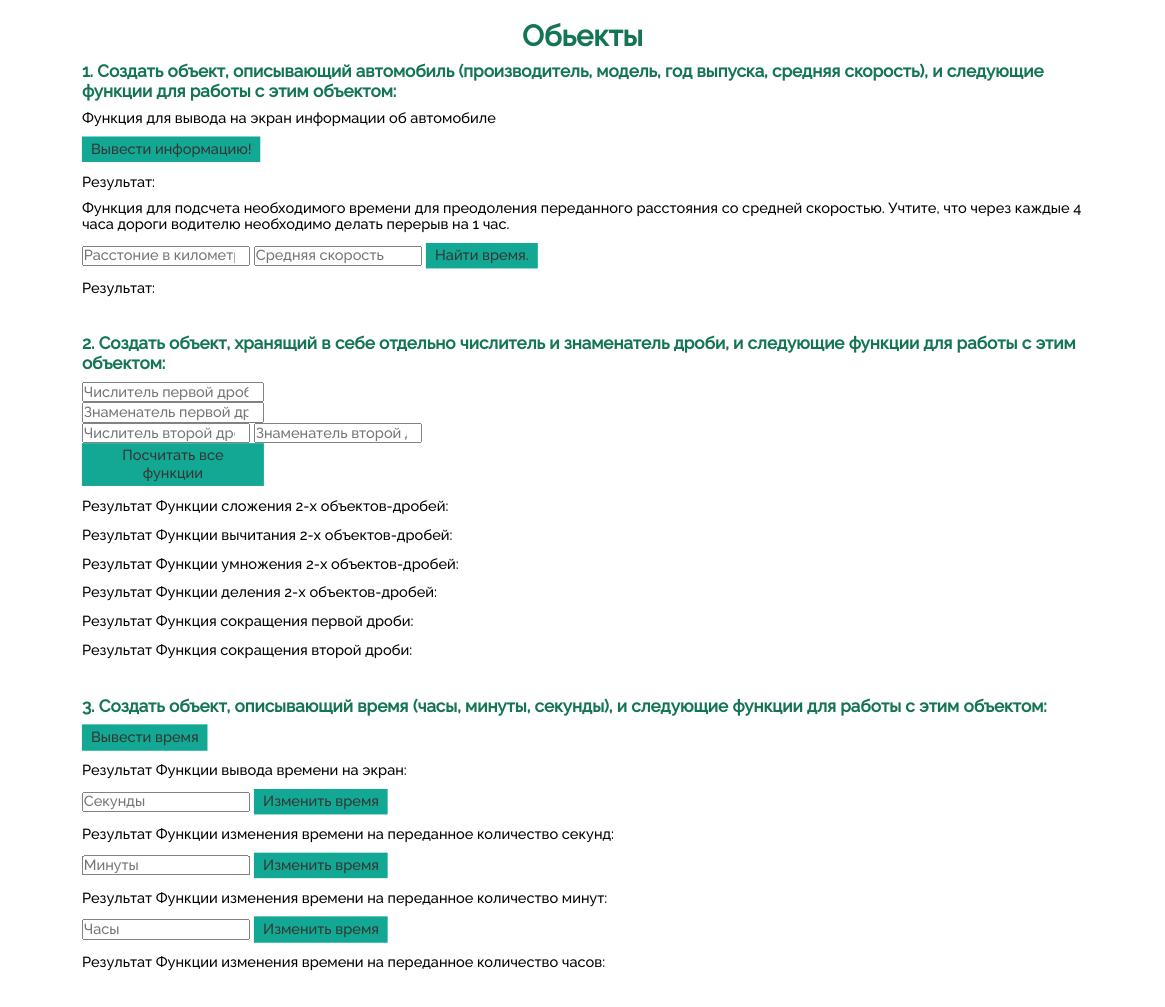
Repository: NastyaGavrilova/Beetroot-js
Page: HW4/index.html
An editor plug-in stored every save of this project. The page is shown before and after the next save, followed by the edit.
The browser window is 1280 px wide. The pictures show the whole page, at 91% of full size.

Above is the page before, as saved 2021-10-23 17:37:12.

### HW4/index.html
<!DOCTYPE html>
<html lang="en">
  <head>
    <meta charset="UTF-8" />
    <meta http-equiv="X-UA-Compatible" content="IE=edge" />
    <meta name="viewport" content="width=device-width, initial-scale=1.0" />
    <link
      rel="stylesheet"
      href="https://cdnjs.cloudflare.com/ajax/libs/normalize/8.0.1/normalize.min.css"
      integrity="sha512-NhSC1YmyruXifcj/KFRWoC561YpHpc5Jtzgvbuzx5VozKpWvQ+4nXhPdFgmx8xqexRcpAglTj9sIBWINXa8x5w=="
      crossorigin="anonymous"
      referrerpolicy="no-referrer"
    />
    <link rel="stylesheet" href="./index.css" />
    <link rel="shortcut icon" href="./favicon.ico" type="image/x-icon" />
    <style>
      @import url("https://fonts.googleapis.com/css2?family=Raleway:wght@300;500&display=swap");
    </style>
    <title>Objects</title>
  </head>
  <body>
    <header class="c-header">
      <div class="c-header__wrapper">
        <h1 class="c-header__title title">Обьекты</h1>
      </div>
    </header>

    <section class="c-task1 task">
      <div class="c-task1__wrapper">
        <h3 class="c-task1__title title">
          1. Создать объект, описывающий автомобиль (производитель, модель, год
          выпуска, средняя скорость), и следующие функции для работы с этим
          объектом:
        </h3>
        <p class="c-task1__paragraph">
          Функция для вывода на экран информации об автомобиле
        </p>
        <button class="c-task1__btn" id="js-task1-btn">
          Вывести информацию!
        </button>
        <p class="c-task1__result">
          Результат: <span id="js-tak1-span"></span>
        </p>
        <p class="c-task1__subparagraph">
          Функция для подсчета необходимого времени для преодоления переданного
          расстояния со средней скоростью. Учтите, что через каждые 4 часа
          дороги водителю необходимо делать перерыв на 1 час.
        </p>
        <form action="#" method="post" id="js-tak1-form">
          <input
            type="number"
            id="js-task1-input1"
            placeholder="Расстоние в километрах"
          />
          <input
            type="number"
            id="js-task1-input2"
            placeholder="Средняя скорость"
          />
          <button id="js-task1-btn1">Найти время.</button>
        </form>
        <p class="c-task1__result">
          Результат: <span id="js-task1-span1"></span>
        </p>
      </div>
    </section>

    <section class="c-task2 task">
      <div class="c-task2__wrapper">
        <h3 class="c-task2__title title">
          2. Создать объект, хранящий в себе отдельно числитель и знаменатель
          дроби, и следующие функции для работы с этим объектом:
        </h3>

        <form action="#" class="c-task2-form" method="get">
          <div class="c-task2-form__wrapper">
            <div class="c-task2_first-fraction">
              <input
                type="number"
                class="c-input"
                id="js-task2-input1"
                placeholder="Числитель первой дроби"
              />
              <input
                type="number"
                class="c-input"
                id="js-task2-input2"
                placeholder="Знаменатель первой дроби"
              />
            </div>
            <div class="c-task2_second-fraction">
              <input
                class="c-input"
                type="number"
                id="js-task2-input3"
                placeholder="Числитель второй дроби"
              />
              <input
                type="number"
                class="c-input"
                id="js-task2-input4"
                placeholder="Знаменатель второй дроби"
              />
            </div>

            <button id="js-task2-btn">Посчитать все функции</button>
          </div>
        </form>
        <p class="c-task2__result">
          Результат Функции сложения 2-х объектов-дробей:
          <span id="js-task2-span1"></span>
        </p>
        <p class="c-task2__result">
          Результат Функции вычитания 2-х объектов-дробей:
          <span id="js-task2-span2"></span>
        </p>
        <p class="c-task2__result">
          Результат Функции умножения 2-х объектов-дробей:
          <span id="js-task2-span3"></span>
        </p>
        <p class="c-task2__result">
          Результат Функции деления 2-х объектов-дробей:
          <span id="js-task2-span4"></span>
        </p>
        <p class="c-task2__result">
          Результат Функция сокращения первой дроби:
          <span id="js-task2-span5"></span>
        </p>
        <p class="c-task2__result">
          Результат Функция сокращения второй дроби:
          <span id="js-task2-span6"></span>
        </p>
      </div>
    </section>

    <section class="c-task3 task">
      <div class="c-task3__wrapper">
        <h3 class="c-task3__title title">
          3. Создать объект, описывающий время (часы, минуты, секунды), и
          следующие функции для работы с этим объектом:
        </h3>
        <button id="js-task3-btn1">Вывести время</button>
        <p class="c-task3__result">
          Результат Функции вывода времени на экран:
          <span id="js-task3-span1"></span>
        </p>
        <form action="#" class="c-task2-form1" method="get">
          <input type="number" id="js-task3-input1" placeholder="Секунды" />
          <button id="js-task3-btn2">Изменить время</button>
        </form>
        <p class="c-task3__result">
          Результат Функции изменения времени на переданное количество секунд:
          <span id="js-task3-span2"></span>
        </p>
        <form action="#" class="c-task2-form2" method="get">
          <input type="number" id="js-task3-input2" placeholder="Минуты" />
          <button id="js-task3-btn3">Изменить время</button>
        </form>
        <p class="c-task3__result">
          Результат Функции изменения времени на переданное количество минут:
          <span id="js-task3-span3"></span>
        </p>
        <form action="#" class="c-task2-form3" method="get">
          <input type="number" id="js-task3-input3" placeholder="Часы" />
          <button id="js-task3-btn4">Изменить время</button>
        </form>
        <p class="c-task3__result">
          Результат Функции изменения времени на переданное количество часов:
          <span id="js-task3-span4"></span>
        </p>
        <!-- <p class="c-task3__result">
          Результат Функции изменения времени на переданное количество секунд:
          <span id="js-task3-span2"></span>
        </p>
        <p class="c-task3__result">
          Результат Функции изменения времени на переданное количество минут:
          <span id="js-task3-span3"></span>
        </p>
        <p class="c-task3__result">
          Результат Функции изменения времени на переданное количество часов:
          <span id="js-task3-span4"></span> -->
        <!-- </p> -->
      </div>
    </section>
    <script src="./index.js"></script>
  </body>
</html>

### HW4/index.css
* {
  box-sizing: border-box;
  padding: 0;
  margin: 0;
}

body {
  max-width: 1200px;
  margin: 0 auto;
  font-family: "Raleway", sans-serif;
}
.c-header {
  text-align: center;
}

.task {
  padding: 0 50px 30px 50px;
}
.title {
  margin-bottom: 10px;
  color: rgb(20, 117, 85);
}
p {
  margin-bottom: 10px;
  font-weight: 500;
}
span {
  font-size: 19px;
  font-weight: 500;
}
button {
  border: none;
  background-color: rgb(19, 168, 148);
  color: rgb(54, 53, 53);
  margin-bottom: 10px;
  font-weight: 500;
  padding: 5px 10px;
  cursor: pointer;
}
button:active {
  transform: scale(0.9);
}
.c-input {
  max-width: 200px;
}
.c-task2_first-fraction {
  display: flex;
  flex-direction: column;
}
#js-task2-btn {
  max-width: 200px;
}
/* display: flex;
flex-direction: column; */

### HW4/index.js
// task 1
let car = {
  producer: "Volkswagen",
  model: "Tiguan",
  year: 2007,
  avgSpeed: 120,
};

let btn1 = document.getElementById("js-task1-btn");
btn1.addEventListener("click", (e) => {
  let information = document.getElementById("js-tak1-span");
  return (information.innerHTML =
    "Producer: " +
    car.producer +
    ",\nModel: " +
    car.model +
    ",\nAge of issue: " +
    car.year +
    ",\nAverage speed: " +
    car.avgSpeed +
    " km/h");
});

let btn1_1 = document.getElementById("js-task1-btn1");
btn1_1.addEventListener("click", (event) => {
  event.preventDefault();
  const distance = document.getElementById("js-task1-input1");
  const averageSpeed = document.getElementById("js-task1-input2");
  let time = document.getElementById("js-task1-span1");
  let timeInWay = Math.round(distance.value / averageSpeed.value);
  let timeInRest =
    timeInWay % 4 == 0 ? ((timeInWay / 4) | 0) - 1 : (timeInWay / 4) | 0;
  let timeTotal = timeInWay + timeInRest;
  return (time.innerHTML = timeTotal);
});

// task 2
let firstNumerator = document.getElementById("js-task2-input1");
let firstDenominator = document.getElementById("js-task2-input2");
let secondNumerator = document.getElementById("js-task2-input3");
let secondDenominator = document.getElementById("js-task2-input4");

function Fraction(upNumber, downNumber) {
  return { upNumber: upNumber, downNumber: downNumber };
}
let firstFraction = Fraction(firstNumerator, firstDenominator);
let secondFraction = Fraction(secondNumerator, secondDenominator);

function fracAddition(obj1, obj2) {
  let addition = document.getElementById("js-task2-span1");
  let resultUpNumber =
    obj1.upNumber.value * obj2.downNumber.value +
    obj2.upNumber.value * obj1.downNumber.value;
  let resultDownNumber = obj1.downNumber.value * obj2.downNumber.value;
  if (obj1.upNumber.value != 0 || obj2.upNumber.value != 0) {
    if (obj1.downNumber.value != 0 && obj2.downNumber.value != 0) {
      return (addition.innerHTML = `${resultUpNumber}/${resultDownNumber}`);
    } else {
      return (addition.innerHTML = "Деление на 0 невозможно!");
    }
  } else {
    return (addition.innerHTML = 0);
  }
}
function fracSubtraction(obj1, obj2) {
  let subtraction = document.getElementById("js-task2-span2");
  let resultUpNumber =
    obj1.upNumber.value * obj2.downNumber.value -
    obj2.upNumber.value * obj1.downNumber.value;
  let resultDownNumber = obj1.downNumber.value * obj2.downNumber.value;
  if (obj1.upNumber.value != 0 || obj2.upNumber.value != 0) {
    if (obj1.downNumber.value != 0 && obj2.downNumber.value != 0) {
      return (subtraction.innerHTML = `${resultUpNumber}/${resultDownNumber}`);
    } else {
      return (subtraction.innerHTML = "Деление на 0 невозможно!");
    }
  } else {
    return (subtraction.innerHTML = 0);
  }
}
function fracMiltiplicatin(obj1, obj2) {
  let multiplication = document.getElementById("js-task2-span3");
  let resultUpNumber = obj1.upNumber.value * obj2.upNumber.value;
  let resultDownNumber = obj1.downNumber.value * obj2.downNumber.value;
  if (obj1.upNumber.value != 0 && obj2.upNumber.value != 0) {
    if (obj1.downNumber.value != 0 && obj2.downNumber.value != 0) {
      return (multiplication.innerHTML = `${resultUpNumber}/${resultDownNumber}`);
    } else {
      return (multiplication.innerHTML = "Деление на 0 невозможно!");
    }
  } else {
    return (multiplication.innerHTML = 0);
  }
}
function fracDevision(obj1, obj2) {
  let devision = document.getElementById("js-task2-span4");
  let resultUpNumber = obj1.upNumber.value * obj2.downNumber.value;
  let resultDownNumber = obj1.downNumber.value * obj2.upNumber.value;
  if (obj1.downNumber.value != 0 && obj2.upNumber.value != 0) {
    if (obj1.upNumber.value != 0 && obj2.downNumber.value != 0) {
      return (devision.innerHTML = `${resultUpNumber}/${resultDownNumber}`);
    } else {
      return (devision.innerHTML = 0);
    }
  } else {
    return (devision.innerHTML = "Деление на 0 невозможно!");
  }
}

function fracReductionFirst(obj1) {
  let reduction = document.getElementById("js-task2-span5");
  let n;
  let d;

  for (var i = 2; i <= obj1.upNumber.value; i++) {
    if (obj1.upNumber.value % i === 0 && obj1.downNumber.value % i === 0) {
      (n = obj1.upNumber.value / i), (d = obj1.downNumber.value / i);
    }
  }

  if (obj1.upNumber.value != 0) {
    if (obj1.downNumber.value != 0) {
      return (reduction.innerHTML = n + "/" + d);
    } else {
      return (reduction.innerHTML = "Деление на 0 невозможно!");
    }
  } else {
    return (reduction.innerHTML = "Невозможно сократить дробь");
  }
}
function fracReductionSeocnd(obj2) {
  let reduction1 = document.getElementById("js-task2-span6");
  let n1;
  let d1;
  for (var j = 2; j <= obj2.upNumber.value; j++) {
    if (obj2.upNumber.value % j === 0 && obj2.downNumber.value % j === 0) {
      (n1 = obj2.upNumber.value / j), (d1 = obj2.downNumber.value / j);
    }
  }
  if (obj2.upNumber.value != 0) {
    if (obj2.downNumber.value != 0) {
      return (reduction1.innerHTML = n1 + "/" + d1);
    } else {
      return (reduction1.innerHTML = "Деление на 0 невозможно!");
    }
  } else {
    return (reduction1.innerHTML = "Невозможно сократить дробь");
  }
}
let btn2 = document.getElementById("js-task2-btn");
btn2.addEventListener("click", (et) => {
  et.preventDefault();
  fracAddition(firstFraction, secondFraction);
  fracSubtraction(firstFraction, secondFraction);
  fracMiltiplicatin(firstFraction, secondFraction);
  fracDevision(firstFraction, secondFraction);
  fracReductionFirst(firstFraction);
  fracReductionSeocnd(secondFraction);
});

// task 3

let btn3 = document.getElementById("js-task3-btn1");
let btn31 = document.getElementById("js-task3-btn2");
let btn32 = document.getElementById("js-task3-btn3");
let btn33 = document.getElementById("js-task3-btn4");

let objTime = {
  hours: 12,
  minutes: 45,
  seconds: 17,
  showTime: function (spanEl) {
    return (spanEl.innerHTML = `${this.hours}:${this.minutes}:${this.seconds}`);
  },
  addSeconds: function (seconds) {
    if (seconds <= 0) {
      alert("You entered incorrect time!");
    } else if (seconds + this.seconds >= 60) {
      let differenceMin = Math.floor((this.seconds + seconds) / 60);
      this.seconds = (this.seconds + seconds) % 60;
      this.addMinutes(differenceMin);
    } else {
      this.seconds += seconds;
    }
  },
  addMinutes: function (minutes) {
    if (minutes <= 0) {
      alert("You entered incorrect time!!!");
    } else if (this.minutes + minutes >= 60) {
      let differenceHours = Math.floor((this.minutes + minutes) / 60);
      this.minutes = (this.minutes + minutes) % 60;

      this.addHours(differenceHours);
    } else {
      this.minutes += minutes;
    }
  },
  addHours: function (hours) {
    if (hours <= 0) {
      alert("You entered incorrect time!");
    } else if (hours + this.hours >= 24) {
      this.hours = (this.hours + hours) % 24;
      console.log(hours);
    } else {
      this.hours += hours;
    }
  },
};

btn3.addEventListener("click", (e) => {
  e.preventDefault();
  let showInfoTime = document.getElementById("js-task3-span1");
  objTime.showTime(showInfoTime);
});

btn33.addEventListener("click", (event) => {
  event.preventDefault();
  let hoursTime = document.getElementById("js-task3-input3");
  let showHourChange = document.getElementById("js-task3-span4");
  objTime.addHours(+hoursTime.value);
  objTime.showTime(showHourChange);
});

btn32.addEventListener("click", (e) => {
  e.preventDefault();
  let minTime = document.getElementById("js-task3-input2");
  let showMinChange = document.getElementById("js-task3-span3");
  objTime.addMinutes(+minTime.value);
  objTime.showTime(showMinChange);
});

btn31.addEventListener("click", (e) => {
  e.preventDefault();
  let secTime = document.getElementById("js-task3-input1");
  let showSecChange = document.getElementById("js-task3-span2");
  objTime.addSeconds(+secTime.value);
  objTime.showTime(showSecChange);
});

After the next save:
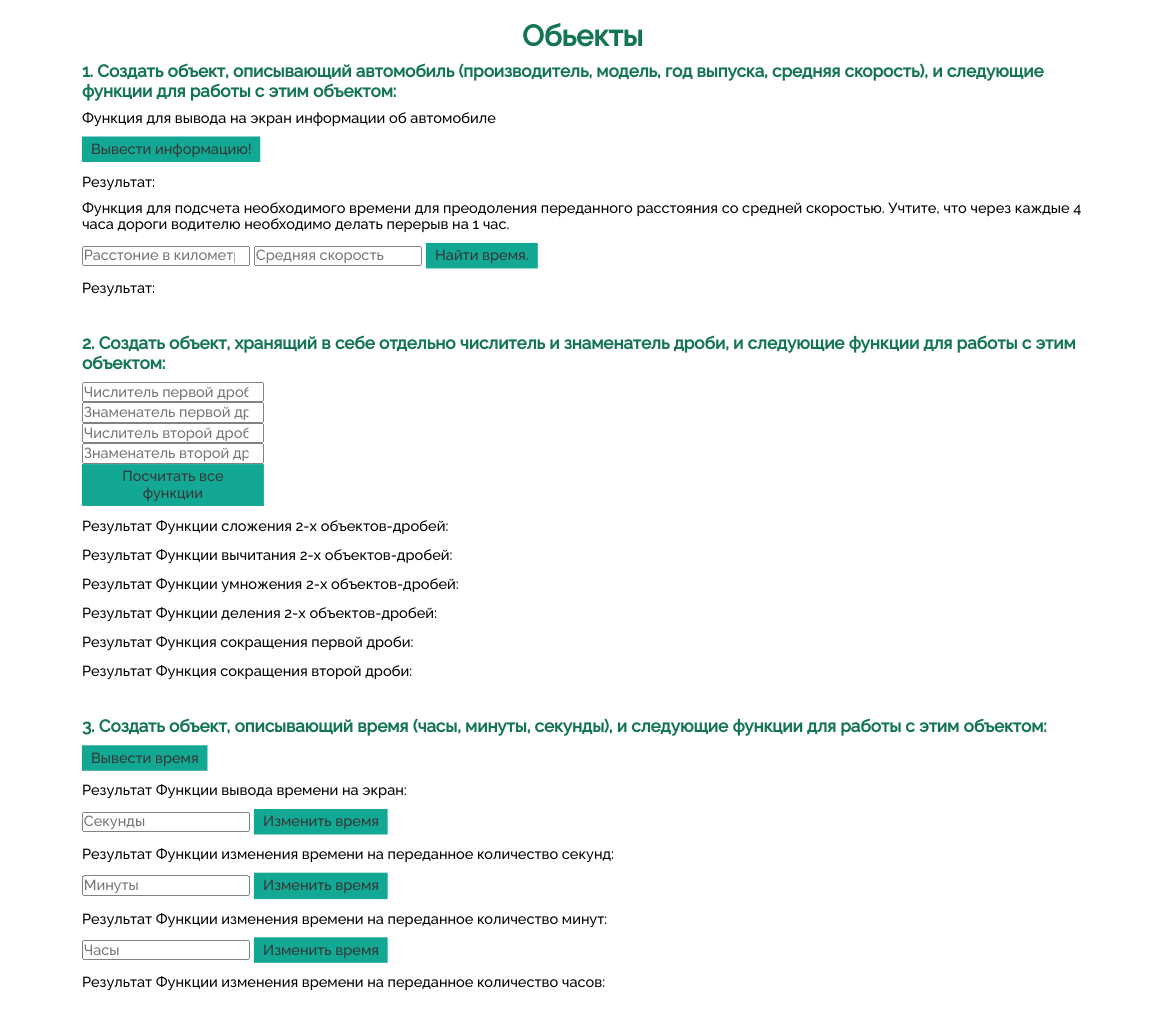
Saved 26 s later.
--- a/HW4/index.css
+++ b/HW4/index.css
@@ -43,7 +43,8 @@ button:active {
 .c-input {
   max-width: 200px;
 }
-.c-task2_first-fraction {
+.c-task2_first-fraction,
+.c-task2_second-fraction {
   display: flex;
   flex-direction: column;
 }
